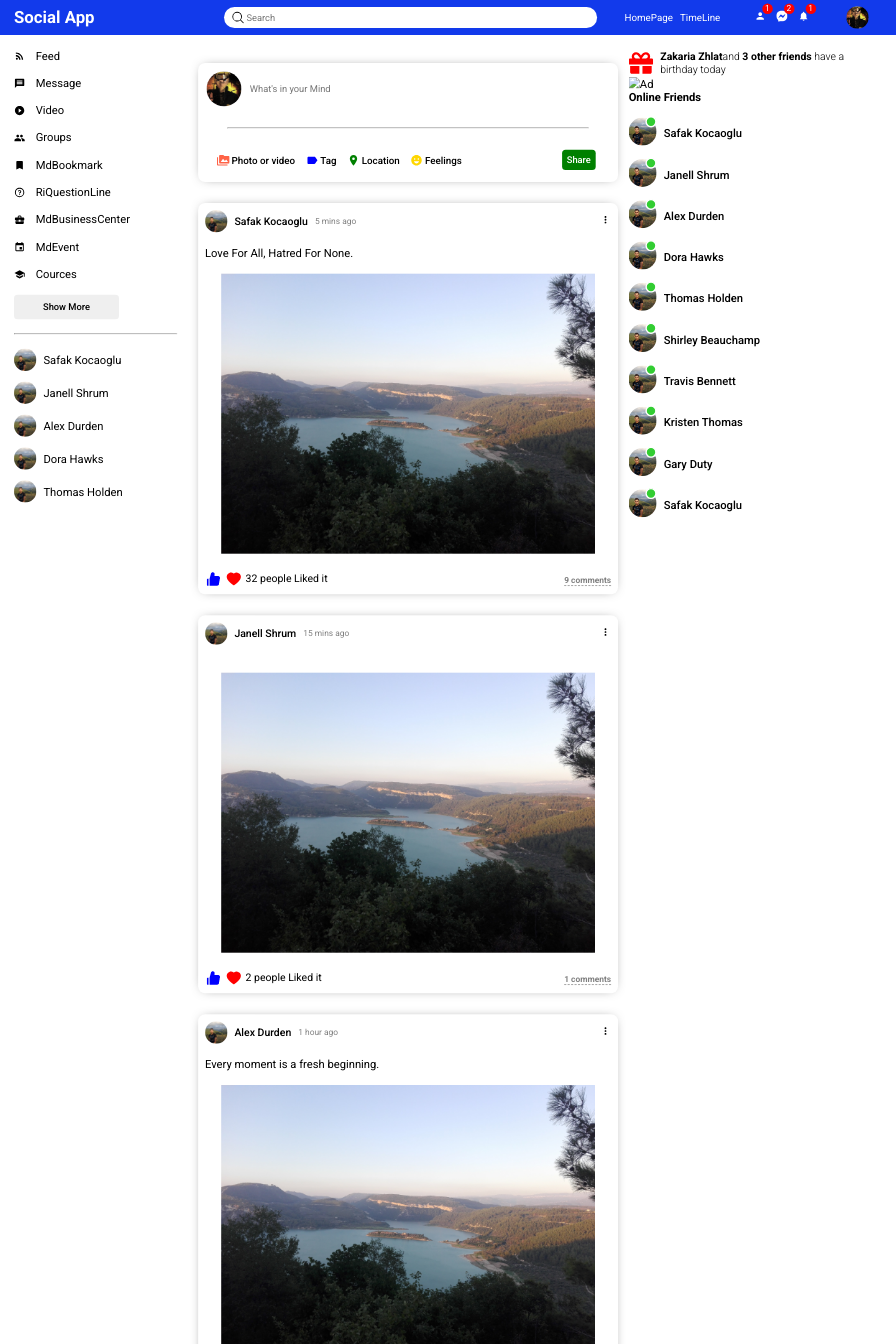
Repository: ZakariaZhlat125/Social-App
Page: /
The author's editor kept a copy of each file at every save. The page is drawn from the files as they stood at one save, then again after the next save.
The browser window is 1280 px wide. The pictures show the part of the page from y = 0 to 1920 px (the page is 6066 px tall), at 70% of full size.
The project was rebuilt for these pictures with package versions that can differ from the ones it lists, and the page was loaded fresh each time. Also part of the build but not shown: vite.config.js, src/components/closeFriend/CloseFriends.css.

Above is the page before, as saved 2023-01-12 00:47:01.

### index.html
<!DOCTYPE html>
<html lang="en">
  <head>
    <meta charset="UTF-8" />
    <meta name="viewport" content="width=device-width, initial-scale=1.0" />
    <link rel="preconnect" href="https://fonts.googleapis.com" />
    <link rel="preconnect" href="https://fonts.gstatic.com" crossorigin />
    <link
      href="https://fonts.googleapis.com/css2?family=Roboto:ital,wght@0,100;0,300;0,400;0,500;0,700;0,900;1,100;1,300;1,400;1,700;1,900&display=swap"
      rel="stylesheet"
    />
    <link rel="stylesheet" href="./src/style.css" />
    <title>Social App</title>
  </head>
  <body>
    <div id="root"></div>
    <script type="module" src="/src/main.jsx"></script>
  </body>
</html>

### src/style.css
*{
    margin: 0;
    font-family: 'Roboto',sans-serif;
}

### src/App.jsx
import Home from "./pages/home/home"

function App() {


  return (
   <div>
    <Home />
   </div>
  )}

export default App

### src/pages/home/Home.jsx
import Feed from "../../components/feed/Feed";
import Header from "../../components/header/Header";
import Rightbar from "../../components/rightbar/Rightbar";
import Sidebar from "../../components/sidebar/Sidebar";

import './Home.css'

function Home() {
  return (
    <>
      <Header />
      <div className="homeContainer">
        <Sidebar />
        <Feed />
        <Rightbar />
      </div>
    </>
  );
}

export default Home;

### src/components/feed/Feed.jsx
import "./Feed.css";
import Share from "../share/Share";
import Post from "../post/Post";
import { Posts } from "../../dummyData";

function Feed() {
  return (
    <div className="feed">
      <div className="feedWrapper"></div>
      <Share />
      {Posts.map((post) => (
        <Post key={post.id} post={post} />
      ))}
    </div>
  );
}

export default Feed;

### src/components/header/Header.jsx
import "./Header.css";
import { HiMagnifyingGlass } from "react-icons/hi2";
import { MdPerson,MdNotifications } from "react-icons/md";
import { SiMessenger } from "react-icons/si";
import profile from '../../assets/profile.jpg'
function Header() {
  return (
    <div className="HeaderContainer">
      <div className="headerLeft">
        <span className="logo">Social App</span>
      </div>
      <div className="headerCenter">
        <div className="searchBar">
        <HiMagnifyingGlass className="searchIcon" />
        <input placeholder="Search" className="searchInput" />
        </div>
      </div>
      <div className="headerRight">
        <div className="headerLinks">
          <span className="headerLink">HomePage</span>
          <span className="headerLink">TimeLine</span>
        </div>
        <div className="headerIcon">
          <div className="headerIconItem">
            <MdPerson />
            <span className="headerIconBage">1</span>
          </div>
          <div className="headerIconItem">
            <SiMessenger />
            <span className="headerIconBage">2</span>
          </div>
          <div className="headerIconItem">
            <MdNotifications />
            <span className="headerIconBage">1</span>
          </div>
        </div>
        <img src={profile} alt="" className="headerImg" />
      </div>
    </div>
  );
}

export default Header;

### src/components/rightbar/Rightbar.jsx
import "./Rightbar.css";
import {FaGift} from "react-icons/fa";
import {Users} from '../../dummyData'
import Online from "../online/Online";


function Rightbar() {
  return (
    <div className="rightbar">
      <div className="rightbarWarpper">
        <div className="birthdayContainer">
          <FaGift color="red"  className="birthdayIcon"/>
          <span className="birthdayText">
            <b>Zakaria Zhlat</b>and <b>3 other friends</b> have a birthday today
          </span>
        </div>
        <img src="" alt="Ad" />
        <h4 className="rightbarTitle">Online Friends</h4>
        <ul className="rightFriendList">
         {Users.map(user => (
          <Online  key={user.id} user={user}/>
         ))}
        </ul>
      </div>
    </div>
  );
}

export default Rightbar;

### src/components/sidebar/Sidebar.jsx
import "./Sidebar.css";
import {
  MdRssFeed,
  MdMessage,
  MdGroup,
  MdBookmark,
  MdBusinessCenter,
  MdEvent,
  MdSchool,
  MdOutlinePlayCircleFilled,
} from "react-icons/md";
import { RiQuestionLine } from "react-icons/ri";
import { Users } from "../../dummyData";
import CloseFriends from "../closeFriend/CloseFriends";

function Sidebar() {
  return (
    <div className="sidebar">
      <div className="sidebarWrapper">
        <ul className="sidebarList">
          <li className="sidebarListItem">
            <MdRssFeed className="sidebarIcon" />
            <span className="sidebarListItemText">Feed</span>
          </li>

          <li className="sidebarListItem">
            <MdMessage className="sidebarIcon" />
            <span className="sidebarListItemText">Message</span>
          </li>

          <li className="sidebarListItem">
            <MdOutlinePlayCircleFilled className="sidebarIcon" />
            <span className="sidebarListItemText">Video</span>
          </li>

          <li className="sidebarListItem">
            <MdGroup className="sidebarIcon" />
            <span className="sidebarListItemText">Groups</span>
          </li>

          <li className="sidebarListItem">
            <MdBookmark className="sidebarIcon" />
            <span className="sidebarListItemText">MdBookmark</span>
          </li>

          <li className="sidebarListItem">
            <RiQuestionLine className="sidebarIcon" />
            <span className="sidebarListItemText">RiQuestionLine</span>
          </li>

          <li className="sidebarListItem">
            <MdBusinessCenter className="sidebarIcon" />
            <span className="sidebarListItemText">MdBusinessCenter</span>
          </li>

          <li className="sidebarListItem">
            <MdEvent className="sidebarIcon" />
            <span className="sidebarListItemText">MdEvent</span>
          </li>

          <li className="sidebarListItem">
            <MdSchool className="sidebarIcon" />
            <span className="sidebarListItemText">Cources</span>
          </li>
        </ul>
        <button className="sidebarButton">Show More</button>
        <hr className="sidebarHr" />
        <ul className="sidebarFirendList">
          {Users.map((user) => (
            <CloseFriends user={user} />
          ))}
        </ul>
      </div>
    </div>
  );
}

export default Sidebar;

### src/components/feed/Feed.css
.feed {
  flex: 5.5;
  margin-left: 10px;
}

.feedWrapper {

  padding: 20px;

}

### src/components/share/Share.jsx
import "./Share.css";
import profile from "../../assets/profile.jpg";
import { MdPermMedia,MdLabel,MdRoom,MdEmojiEmotions } from "react-icons/md";

export default function Share() {
  return (
    <div className="share">
      <div className="shareWarpper">
        <div className="shareTop">
          <img src={profile} alt="" className="shareProfileImg" />
          <input placeholder="What's in your Mind" className="shareInput" />
        </div>
        <hr className="sharehr" />
        <div className="sharebottom">
          <div className="shareOptions">
            <div className="shareOption">
              <MdPermMedia  className="shareIcon tomato" />
              <span className="shareOptionText">Photo or video </span>
            </div>
            <div className="shareOption">
              <MdLabel className="shareIcon blue" />
              <span className="shareOptionText">Tag</span>
            </div>
            <div className="shareOption">
              <MdRoom className="shareIcon green" />
              <span className="shareOptionText">Location</span>
            </div>
            <div className="shareOption">
              <MdEmojiEmotions className="shareIcon golde" />
              <span className="shareOptionText">Feelings </span>
            </div>
          </div>
          <button className="sharebutton">Share</button>
        </div>
      </div>
    </div>
  );
}

### src/components/post/Post.jsx
import React from "react";
import "./Post.css";
import profile from "../../assets/profile.jpg";
import { Users } from "../../dummyData";

import { MdMoreVert } from "react-icons/md";
import { AiFillLike, AiFillHeart } from "react-icons/ai";

export default function Post({post}) {

  return (
    <div className="post">
      <div className="postWarpper">
        <div className="postTop">
          <div className="postTopLeft">
            <img src={Users.filter((user) => user.id === post?.userId)[0].profilePicture} alt="profile Image" className="postProfileImg" />
            <span className="postUserName">{Users.filter((user) => user.id === post?.userId)[0].username}</span>
            <span className="postDate">{post.date}</span>
          </div>
          <div className="postTopRight">
            <MdMoreVert />
          </div>
        </div>
        <div className="postCenter">
          <div className="postText">{post?.desc}</div>
          <img src={post.photo} alt="" className="postImg" />
        </div>
        <div className="postBottom">
          <div className="postBottomLeft">
            <AiFillLike className="likeIcon" color=" blue" />
            <AiFillHeart className="likeIcon" color="red" />
            <span className="postLikeCounter">{post.like} people Liked it</span>
          </div>
          <div className="postBottomRight">
            <span className="postCommentText">{post.comment} comments</span>
          </div>
        </div>
      </div>
    </div>
  );
}

### src/dummyData.jsx
import  userphoto from './assets/person/1.jpeg'
import  postphoto from './assets/post/1.jpeg'
export const Users = [
  {
    id: 1,
    profilePicture: userphoto,
    username: "Safak Kocaoglu",
  },
  {
    id: 2,
    profilePicture: userphoto,
    username: "Janell Shrum",
  },
  {
    id: 3,
    profilePicture: userphoto,
    username: "Alex Durden",
  },
  {
    id: 4,
    profilePicture: userphoto,
    username: "Dora Hawks",
  },
  {
    id: 5,
    profilePicture: userphoto,
    username: "Thomas Holden",
  },
  {
    id: 6,
    profilePicture: userphoto,
    username: "Shirley Beauchamp",
  },
  {
    id: 7,
    profilePicture: userphoto,
    username: "Travis Bennett",
  },
  {
    id: 8,
    profilePicture: userphoto,
    username: "Kristen Thomas",
  },
  {
    id: 9,
    profilePicture: userphoto,
    username: "Gary Duty",
  },
  {
    id: 10,
    profilePicture: userphoto,
    username: "Safak Kocaoglu",
  },
];

export const Posts = [
  {
    id: 1,
    desc: "Love For All, Hatred For None.",
    photo: postphoto,
    date: "5 mins ago",
    userId: 1,
    like: 32,
    comment: 9,
  },
  {
    id: 2,
    photo: postphoto,
    date: "15 mins ago",
    userId: 2,
    like: 2,
    comment: 1,
  },
  {
    id: 3,
    desc: "Every moment is a fresh beginning.",
    photo: postphoto,
    date: "1 hour ago",
    userId: 3,
    like: 61,
    comment: 2,
  },
  {
    id: 4,
    photo: postphoto,
    date: "4 hours ago",
    userId: 4,
    like: 7,
    comment: 3,
  },
  {
    id: 5,
    photo: postphoto,
    date: "5 hours ago",
    userId: 5,
    like: 23,
    comment: 5,
  },
  {
    id: 6,
    photo: "assets/post/1.jpeg",
    date: "1 day ago",
    userId: 6,
    like: 44,
    comment: 6,
  },
  {
    id: 7,
    desc: "Never regret anything that made you smile.",
    photo: postphoto,
    date: "2 days ago",
    userId: 7,
    like: 52,
    comment: 3,
  },
  {
    id: 8,
    photo: postphoto,
    date: "3 days ago",
    userId: 8,
    like: 15,
    comment: 1,
  },
  {
    id: 9,
    desc: "Change the world by being yourself.",
    photo: postphoto,
    date: "5 days ago",
    userId: 9,
    like: 11,
    comment: 2,
  },
  {
    id: 10,
    photo: postphoto,
    date: "1 week ago",
    userId: 10,
    like: 104,
    comment: 12,
  },
];

### src/components/header/Header.css
.HeaderContainer {
  height: 50px;
  width: 100%;
  background-color: #123aeb;
  display: flex;
  align-items: center;
  position: sticky;
  top: 0;
  z-index: 999;
}

.headerLeft {
  flex: 3;
}

.logo {
  font-size: 24px;
  margin-left: 20px;
  font-weight: bold;
  color: white;
  cursor: pointer;
}

.headerCenter {
  flex: 5;
}

.searchBar {
  display: flex;
  width: 100%;
  height: 30px;
  background-color: white;
  border-radius: 30px;
  align-items: center;
}

.searchIcon {
  font-size: 20px !important;
  margin-left: 10px;
}

.searchInput {
  width: 80%;
  border: none;
}

.searchInput:focus {
  outline: none;
}

.headerRight {
  display: flex;
  flex: 4;
  align-items: center;
  justify-content: space-evenly;
  color: white;
}

.headerLinks {
  display: flex;
}

.headerLink {
  margin-right: 10px;
  font-size: 14px;
  cursor: pointer;
}

.headerIcon {
  display: flex;
}

.headerIconItem {
  margin-right: 15px;
  cursor: pointer;
  position: relative;
}

.headerIconBage {
  width: 15px;
  height: 15px;
  background-color: red;
  border-radius: 50px;
  color: white;
  position: absolute;
  top: -10px;
  right: -10px;
  display: flex;
  justify-content: center;
  font-size: 12px;
}

.headerImg {
  width: 32px;
  height: 32px;
  border-radius: 50%;
  object-fit: cover;
  cursor: pointer;
}

### src/components/rightbar/Rightbar.css
.rightbar {
  flex: 3.5;
  margin-left: 15px;
  position: sticky;
}
.rightbarWarpper {
  padding: 20px 20px 0 0;
}

.birthdayContainer {
  display: flex;
  align-items: center;
}

.birthdayIcon {
  width: 40px;
  height: 40px;
  margin-right: 10px;
}

.birthdayText {
  font-weight: 300;
  font-size: 15px;
}

.rightbarTitle {
    margin-bottom: 20px;
}

.rightFriendList {
    padding: 0;
    margin: 0;
    list-style: none;
}

### src/components/online/Online.jsx
import './Online.css'
export default function Online({user}) {
  return (
    <li className="rightBarFriend">
    <div className="rightbarProfileImageContainer">
      <img src={user.profilePicture} alt="" className="rightbarProfileImg" />
      <span className="rightbarOnline"></span>
    </div>
    <span className="rightUsername">{user.username}</span>
  </li>
  )
}

### src/components/sidebar/Sidebar.css
.sidebar {
  flex: 2.5;
  height: calc(100vh - 50px);
  overflow: scroll;
  position: sticky;
  top: 50px;
}

::-webkit-scrollbar{
    width: 5px;
}
::-webkit-scrollbar-track{
    background-color: #f1f1f1;
}
::-webkit-scrollbar-thumb{
   background-color: rgb(179, 179, 179);
}
.sidebarWrapper {
  padding: 20px;
}
.sidebarList {
  padding: 0;
  margin: 0;
  list-style: none;
}

.sidebarListItem {
  display: flex;
  align-items: center;
  margin-bottom: 20px;
  cursor: pointer;
}

.sidebarIcon {
  margin-right: 15px;
}
.sidebarListItemText {
}

.sidebarButton {
    width: 150px;
    border: none;
    padding: 10px;
    border-radius: 5px;
    font-weight: 500;
}
.sidebarHr {
    margin: 20px 0;
}
.sidebarFirendList {
    padding: 0;
    margin: 0;
    list-style: none;
}
.sidebarFriend {
    display: flex;
    align-items: center;
    margin-bottom: 15px;
}
.sidebarFriendImg {
width: 32px;
height: 32px;
border-radius: 50%;
object-fit: cover;
margin-right: 10px;
}

.sidebarFriendName {

}

### src/components/closeFriend/CloseFriends.jsx
import './CloseFriends.css'


export default function CloseFriends({user}) {
  return (
    <li className="sidebarFriend">
    <img src={user.profilePicture} alt="" className="sidebarFriendImg" />
    <span className="sidebarFriendName">{user.username}</span>
  </li>
  )
}

### src/components/share/Share.css
.share {
  width: 100%;
  height: 170px;
  border-radius: 10px;
  -webkit-box-shadow: 0px 0px 16px -8px rgba(0, 0, 0, 0.68);
  box-shadow: 0px 0px 16px -8px rgba(0, 0, 0, 0.68);
}

.shareWarpper {
  padding: 12px;
}

/*Top section */
.shareTop {
  display: flex;
  align-items: center;
}

.shareProfileImg {
  width: 50px;
  height: 50px;
  border-radius: 50%;
  object-fit: cover;
  margin-right: 10px;
}

.shareInput {
  border: none;
  width: 80%;
}

.shareInput:focus {
  outline: none;
}

.sharehr {
  margin: 30px;
}
/*end top section*/

/*bottom Section*/
.sharebottom {
  display: flex;
  align-items: center;
  justify-content: space-between;
}

.shareOptions {
  display: flex;
  margin-left: 15px;
}

.shareOption {
  display: flex;
  align-items: center;
  margin-right: 15px;
  cursor: pointer;
}

.shareIcon {
  font-size: 18px;
  margin-right: 3px;
}

.shareOptionText {
  font-size: 14px;
  font-weight: 500;
}

.sharebutton {
  border: none;
  padding: 7px;
  border-radius: 5px;
  background-color: green;
  font-weight: 500;
  margin-right: 20px;
  cursor: pointer;
  color: white;
}
/*end bottom section */

/*color class for Icons*/
.tomato {
  color: tomato;
}

.blue {
  color: blue;
}

.green {
  color: green;
}

.golde {
  color: gold;
}
/*enc color section */

### src/components/post/Post.css
.post {
  width: 100%;
  border-radius: 10px;
  -webkit-box-shadow: 0px 0px 16px -8px rgba(0, 0, 0, 0.68);
  box-shadow: 0px 0px 16px -8px rgba(0, 0, 0, 0.68);
  margin: 30px 0;
}

.postWarpper {
  padding: 10px;
}

/*start top section*/
.postTop {
  display: flex;
  align-items: center;
  justify-content: space-between;
}

.postTopLeft {
  display: flex;
  align-items: center;
}

.postProfileImg {
  width: 32px;
  height: 32px;
  border-radius: 50%;
  object-fit: cover;
}

.postUserName {
  font-size: 15px;
  font-weight: 500;
  margin: 0 10px;
}
.postDate {
  font-size: 12px;
  color: gray;
}
.postTopRight {
}



/*end top section*/

/*start center section*/
.postCenter {
    margin: 20px 0;
}

.postText {
}

.postImg {
    margin-top: 20px;
    width: 100%;
    max-height: 400px;
    object-fit:contain;
}

/*end center section*/

/*start bottom section*/
.postBottom {
    display: flex;
    align-items: center;
    justify-content: space-between;
}

.postBottomLeft {
    display: flex;
    align-items: center;

}

.likeIcon {
    width: 24px;
    height: 24px;
    margin-right: 5px;
    cursor: pointer;
}

.postLikeCounter {
    font-size: 15px;
}

.postBottomRight {
}

.postCommentText {
    cursor: pointer;
    border-bottom: 1px dashed gray;
    font-size: 12px;
    color:gray;
    font-weight: bold;

. {
}

. {
}

. {
}

/*end bottom section*/
. {
}

. {
}

. {
}

### src/components/online/Online.css
.rightBarFriend {
    display: flex;
    align-items: center;
    margin-bottom: 15px;
}

.rightbarProfileImageContainer {
    margin-right: 10px;
    position: relative;
}

.rightbarProfileImg {
    width: 40px;
    height: 40px;
    border-radius: 50%;
    object-fit: cover;
}

.rightbarOnline {
    width: 12px;
    height: 12px;
    border-radius: 50%;
    background-color:limegreen;
    position: absolute;
    top: -2px;
    right: 0;
    border: 2px solid white;

}

.rightUsername{
font-weight: 500;
}

Loaded but not shown: src/main.jsx (common file); src/pages/home/Home.css (common file)

After the next save:
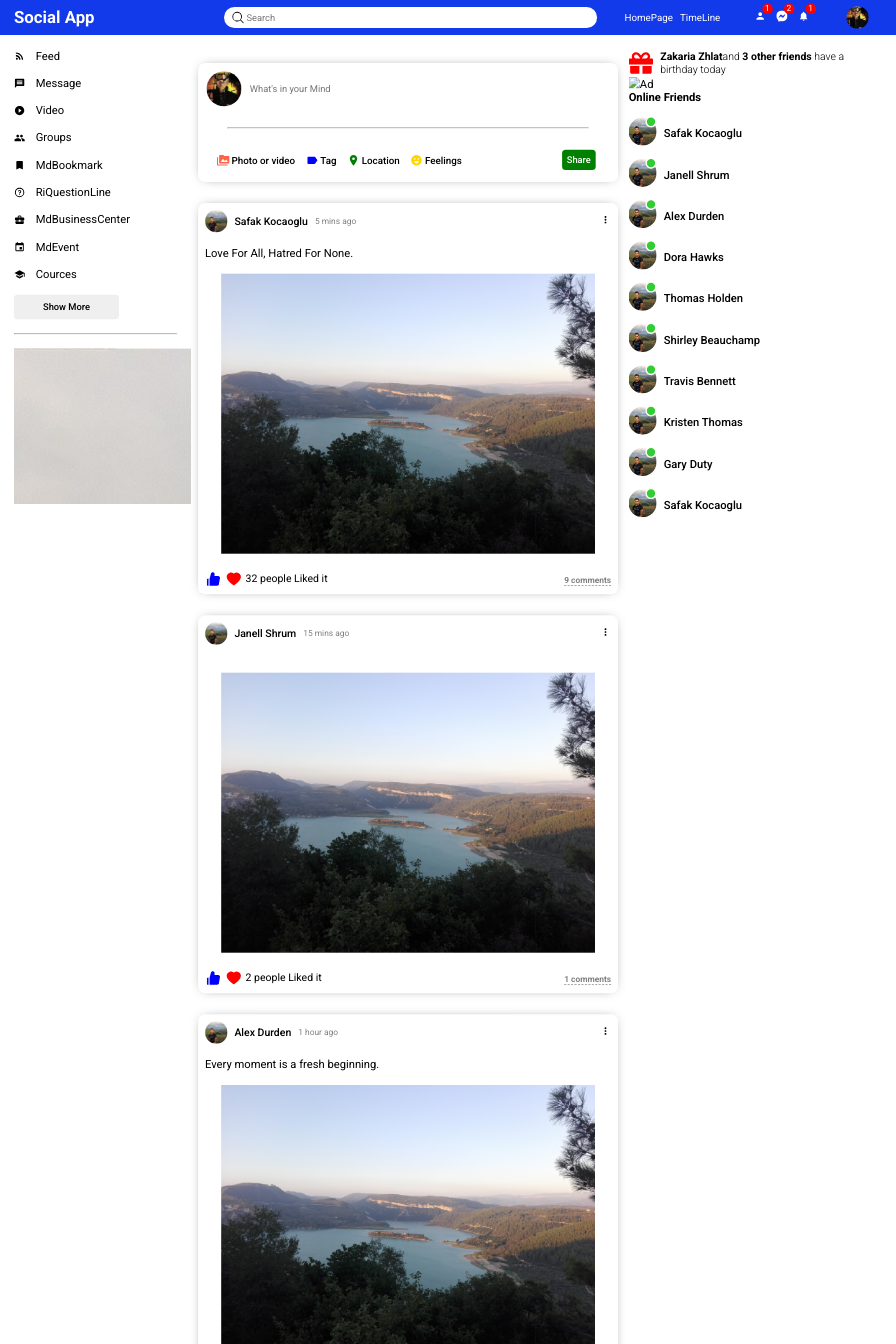
Saved 34 s later.
--- a/src/components/sidebar/Sidebar.css
+++ b/src/components/sidebar/Sidebar.css
@@ -52,19 +52,3 @@
     margin: 0;
     list-style: none;
 }
-.sidebarFriend {
-    display: flex;
-    align-items: center;
-    margin-bottom: 15px;
-}
-.sidebarFriendImg {
-width: 32px;
-height: 32px;
-border-radius: 50%;
-object-fit: cover;
-margin-right: 10px;
-}
-
-.sidebarFriendName {
-
-}
